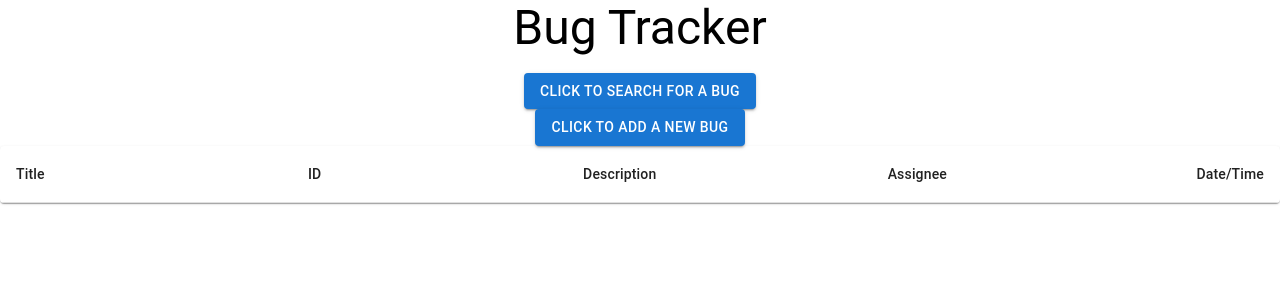
Repository: nj10deadend/RESTAPI-node-with-mongoDB
Page: /bug-table (app in client/frontend/)
The author's editor kept a copy of each file at every save. The page is drawn from the files as they stood at one save, then again after the next save.
The browser window is 1280 px wide. The pictures show the whole page.
The page's requests for data from a server got no answer. The project was rebuilt for these pictures with package versions that can differ from the ones it lists, and the page was loaded fresh each time. No one was signed in, and anything a server would have sent is missing. Also part of the build but not shown: client/frontend/src/components/BugTableCell.js, client/frontend/src/components/Signup.js.

Above is the page before, as saved 2021-12-31 18:12:21.

### client/frontend/src/index.css
body {
  margin: 0;
  font-family: -apple-system, BlinkMacSystemFont, 'Segoe UI', 'Roboto', 'Oxygen',
    'Ubuntu', 'Cantarell', 'Fira Sans', 'Droid Sans', 'Helvetica Neue',
    sans-serif;
  -webkit-font-smoothing: antialiased;
  -moz-osx-font-smoothing: grayscale;
}

code {
  font-family: source-code-pro, Menlo, Monaco, Consolas, 'Courier New',
    monospace;
}

.signup {
  border-color: lightblue;
  /* border-style: outset; */
}

### client/frontend/src/App.js
import './App.css';
import { BrowserRouter } from 'react-router-dom';
import { Routes, Route } from 'react-router-dom';
import axios from 'axios';
import Signup from './components/Signup';
import BugTable from './components/BugTable';

function App() {
  return (
    <div className="App">
      <BrowserRouter>
        <Routes>
          <Route path="*" element={<Signup />} />
          <Route path="/bug-table" element={<BugTable />} />
        </Routes>
      </BrowserRouter>
    </div>
  );
}

export default App;

### client/frontend/src/components/BugTable.js
import Button from '@mui/material/Button';
import SendIcon from '@material-ui/icons/Send';
import TextField from '@mui/material/TextField';
import Typography from '@mui/material/Typography';
import Box from '@mui/material/Box';
import Table from '@mui/material/Table';
import TableBody from '@mui/material/TableBody';
import TableCell from '@mui/material/TableCell';
import TableContainer from '@mui/material/TableContainer';
import TableHead from '@mui/material/TableHead';
import TableRow from '@mui/material/TableRow';
import Paper from '@mui/material/Paper';
import axios from 'axios';
import {useState, useEffect} from 'react';
import BugTableCell from './BugTableCell';
import BugSearch from './BugSearch';


function BugTable ({userFormData}) {

    const [user, setUser] = useState({});
    const [bugServer, setBugServer] = useState([]);
    const [clicked, setClicked] = useState(false);
    const [title, setTitle] = useState("");
    const [description, setDescription] = useState("");
    const [assignee, setAssignee] = useState("");



    // function getFetchCurrentUser () {
    //     axios.get(`http://localhost:8080/users/${userFormData.name}`)
    //         .then(res => {
    //         console.log(res.data);
    //         setUser(res.data)
    //     })
    // }
    // getFetchCurrentUser();

    function getFetchAllBugs () {
        axios.get(`http://localhost:8080/bugs`)
        .then(res => {
            // console.log(res.data);
            setBugServer(res.data)
        })
    }


    useEffect(getFetchAllBugs, []);

    async function postRequest () {
        return await axios.post(`http://localhost:8080/bugs`, {
            title: title,
            description: description,
            assignee: assignee
        })
        .then(function (response) {
            console.log(response);
            return response.data;
        })
        .catch(function (error) {
            console.log(error);
            return null;
        });

    }

    async function createBug (event) {
        event.preventDefault();
        setTitle("");
        setDescription("");
        setAssignee("");
        setClicked(!clicked);
        await postRequest();
        getFetchAllBugs();
    }


    const renderTableCells = bugServer.map(eachBug => {
        return (
            <BugTableCell key={eachBug._id} eachBug={eachBug} getFetchAllBugs={getFetchAllBugs} />
        )

    })

    const newBugBttnTxt = clicked ? "Hide Submission Form" : "Click to add a new bug"



    return (
        <div>
            {/* <p>Logged in as {user.name}</p> */}

            <Typography variant="h3" component="div" gutterBottom>Bug Tracker</Typography>

            <BugSearch getFetchAllBugs={getFetchAllBugs} setBugServer={setBugServer}/>

            <Button onClick={()=> setClicked(!clicked)} variant="contained">{newBugBttnTxt}</Button>
            {clicked && (
                <form onSubmit={createBug}>
                    <Box>
                        <label for="title">Title</label>
                        <br></br>
                        <br></br>
                        <TextField required id="titleInput" label="Enter general title for bug"
                        variant="outlined"
                        onChange={(event) => {setTitle(event.target.value)}}
                        value = {title}
                        />
                    </Box>
                    <Box>
                        <label for="description">Description</label>
                        <br></br>
                        <br></br>
                        <TextField required id="descInput" label="Enter description of issue/bug"
                        variant="outlined"
                        onChange={(event) => {setDescription(event.target.value)}}
                        value = {description}
                        />
                    </Box>
                    <Box>
                        <label for="assignee">Assignee</label>
                        <br></br>
                        <br></br>
                        <TextField required id="assigneeInput" label="Enter name of person assigned this bug (optional)"
                        variant="outlined"
                        onChange={(event) => {setAssignee(event.target.value)}}
                        value = {assignee}
                        />
                    </Box>

                    <Button variant="contained" endIcon={<SendIcon />} type="submit">Submit new bug</Button>
                </form>
            )}

            <TableContainer component={Paper}>
                <Table sx={{ minWidth: 650 }} aria-label="simple table">
                    <TableHead>
                        <TableRow>
                            <TableCell>Title</TableCell>
                            <TableCell align="right">ID</TableCell>
                            <TableCell align="right">Description</TableCell>
                            <TableCell align="right">Assignee</TableCell>
                            <TableCell align="right">Date/Time</TableCell>
                        </TableRow>
                    </TableHead>

                    <TableBody>
                        {renderTableCells}
                    </TableBody>
                </Table>

            </TableContainer>


        </div>
    )
}

export default BugTable;

### client/frontend/src/components/BugSearch.js
import {useState} from 'react';
import axios from 'axios';
import Button from '@mui/material/Button';
import TextField from '@mui/material/TextField';

function BugSearch ({setBugServer}) {

    const [searchId, setSearchId] = useState("");
    const [clicked, setClicked] = useState(false);

    const searchBugText = clicked ? "Hide Search Form" : "Click to Search for a Bug"

    function getFetchOneBug () {
        axios.get(`http://localhost:8080/bugs/${searchId}`)
          .then(res => {
            setBugServer([res.data])
        })

    }

    function onSearch(event) {
        event.preventDefault()
        setSearchId("");
        // getFetchAllBugs();
        getFetchOneBug();
    }

    return (
        <div>
            <Button className="bttns" variant="contained" onClick={() => {setClicked(!clicked)}}>{searchBugText}</Button>
            {clicked && (
                <div>
                    <form onSubmit={onSearch}>
                        <br></br>
                        <TextField id="outlined-basic" label="Search for bug by Entering its ID"
                        variant="outlined"
                        onChange={(event) => {setSearchId(event.target.value)}}
                        value = {searchId}
                        />
                        <br></br>
                        <Button variant="outlined" type="submit">Search</Button>
                    </form>

                </div>
            )}
        </div>
    )
}

export default BugSearch;

Loaded but not shown: client/frontend/public/index.html (common file); client/frontend/src/index.js (common file); client/frontend/src/reportWebVitals.js (common file); client/frontend/src/App.css (common file)

After the next save:
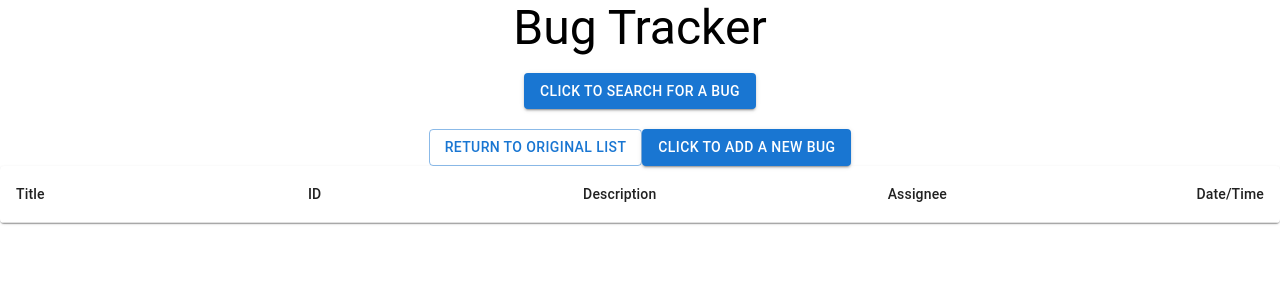
Saved 34 s later.
--- a/client/frontend/src/components/BugTable.js
+++ b/client/frontend/src/components/BugTable.js
@@ -92,7 +92,10 @@ function BugTable ({userFormData}) {
 
             <Typography variant="h3" component="div" gutterBottom>Bug Tracker</Typography>
 
-            <BugSearch getFetchAllBugs={getFetchAllBugs} setBugServer={setBugServer}/>
+            <BugSearch setBugServer={setBugServer}/>
+            <br></br>
+
+            <Button onClick={() => getFetchAllBugs()} variant="outlined">Return to original list</Button>
 
             <Button onClick={()=> setClicked(!clicked)} variant="contained">{newBugBttnTxt}</Button>
             {clicked && (
